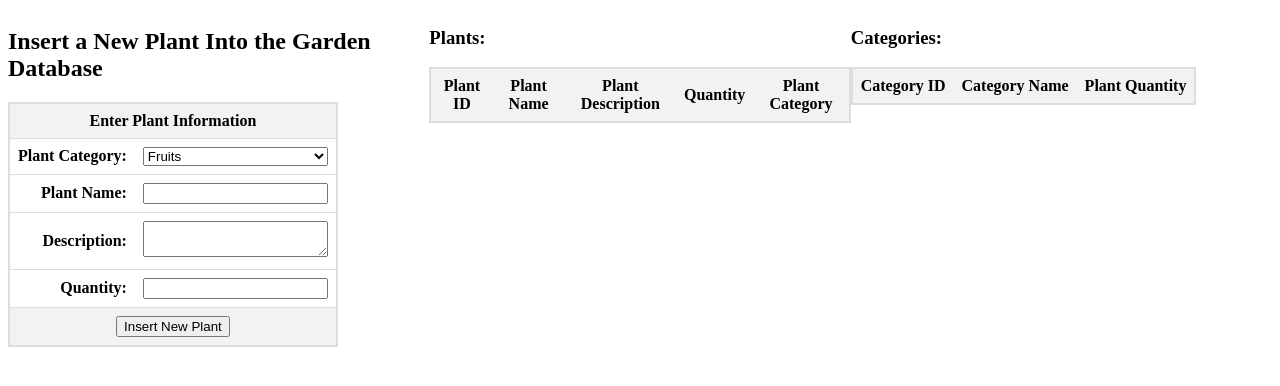
Repository: bkyncl/csd-430
Page: http://localhost/kyncl_08/form.jsp
These files come from the project's save history. The page is drawn as it stood at one moment and after the next save; the edit follows.
The browser window is 1280 px wide. The pictures show the whole page.
The page is served by Tomcat 9. The template is opened directly, without the code that normally fills it, so the values that code supplies are empty.

Above is the page before, as saved 2023-07-04 09:01:39.

After the next save:
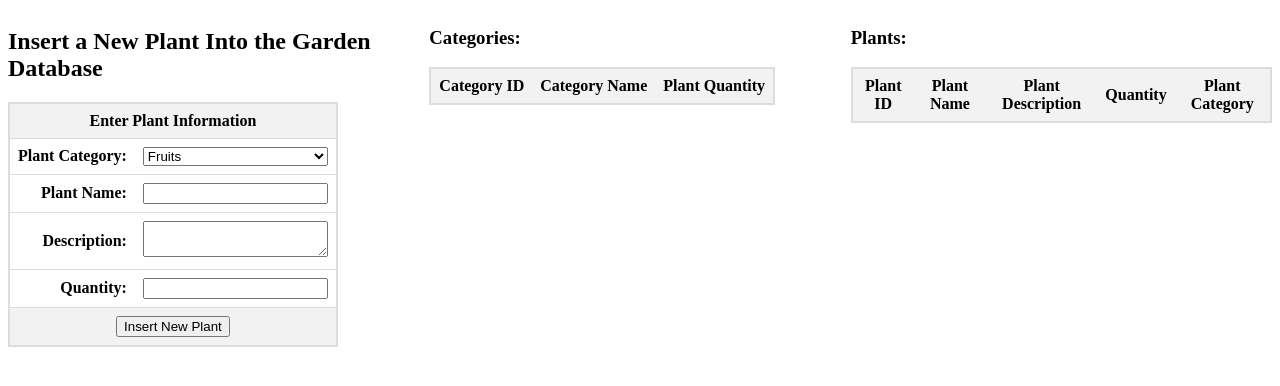
Saved 36 s later.
--- a/kyncl_08/src/main/webapp/form.jsp
+++ b/kyncl_08/src/main/webapp/form.jsp
@@ -109,6 +109,23 @@
 		</form>
 	</div>
 	<div>
+		<h3>Categories:</h3>
+		<table>
+		    <tr>
+		        <th>Category ID</th>
+		        <th>Category Name</th>
+		        <th>Plant Quantity</th>
+		    </tr>
+		    <c:forEach var="category" items="${categories}">
+		        <tr>
+		            <td>${category.categoryId}</td>
+		            <td>${category.categoryName}</td>
+		            <td>${category.plantCount}</td>
+		        </tr>
+		    </c:forEach>
+		</table>
+	</div>
+	<div>
 		<!-- Display the list of plants -->
 	    <h3>Plants:</h3>
 	    <table>
@@ -136,23 +153,6 @@
 	        </c:forEach>
 	    </table>
 	</div>
-	<div>
-		<h3>Categories:</h3>
-		<table>
-		    <tr>
-		        <th>Category ID</th>
-		        <th>Category Name</th>
-		        <th>Plant Quantity</th>
-		    </tr>
-		    <c:forEach var="category" items="${categories}">
-		        <tr>
-		            <td>${category.categoryId}</td>
-		            <td>${category.categoryName}</td>
-		            <td>${category.plantCount}</td>
-		        </tr>
-		    </c:forEach>
-		</table>
-	</div>
 </div>
 </body>
 </html>
